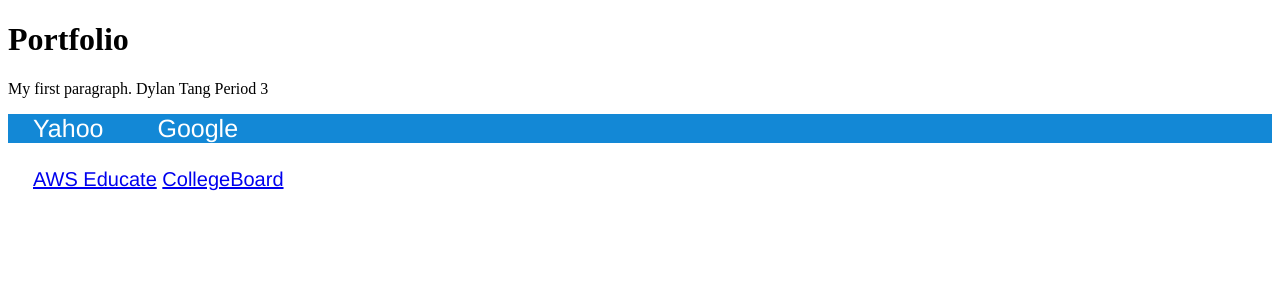
Repository: TangDylan/TangDylan.github.io
Page: index.html
The author's editor kept a record of every edit. The page is drawn from the files as they stood at one moment, then again after the next edit.
The browser window is 1280 px wide. The pictures show the whole page.

Above is the page before.

After the next edit:
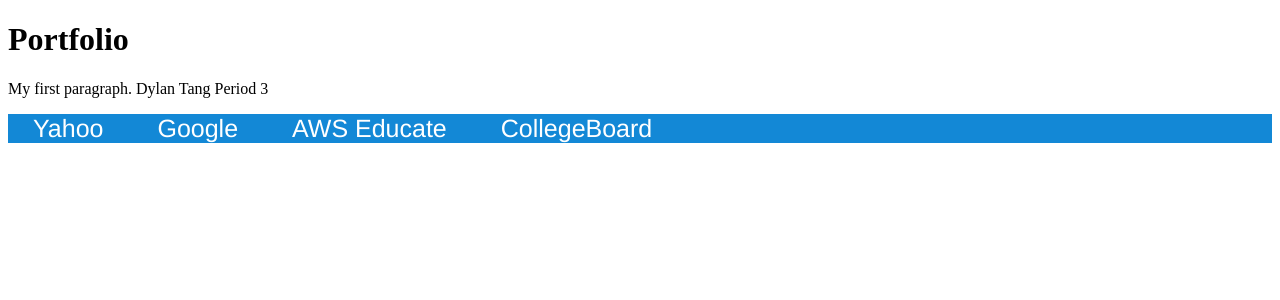
The edit:
--- a/index.html
+++ b/index.html
@@ -35,10 +35,12 @@
         <div class=navbar>
             <a href="https://www.yahoo.com">Yahoo</a>
             <a href="https://www.google.com">Google</a>
+            <a href="https://www.awseducate.com">AWS Educate</a>
+            <a href="https://<www.collegeboard.org">CollegeBoard</a>
+
         </div>
         <div class=morelinks>
-            <a href="https://www.awseducate.com">AWS Educate</a>
-            <a href="https://<www.collegeboard.org">CollegeBoard</a>
+
         </div>
     </body>
 </html>
